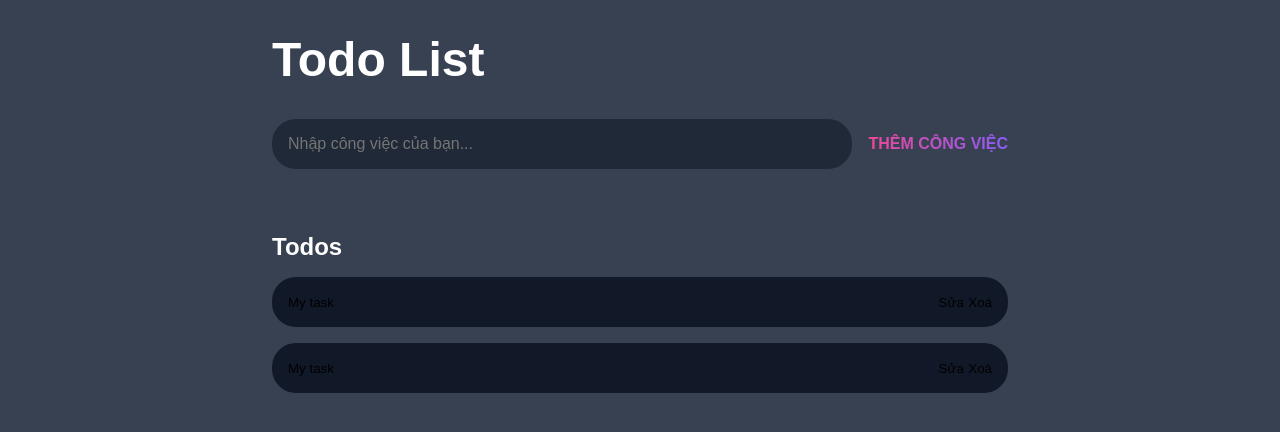
Repository: ntheanh/Todo-List
Page: index.html
An editor plug-in stored every save of this project. The page is shown before and after the next save, followed by the edit.
The browser window is 1280 px wide. The pictures show the whole page.
The style sheet was rebuilt from its Sass, Less or Tailwind sources for each picture, by a compiler version that may differ from the author's.

Above is the page before, as saved 2023-03-15 23:01:10.

After the next save:
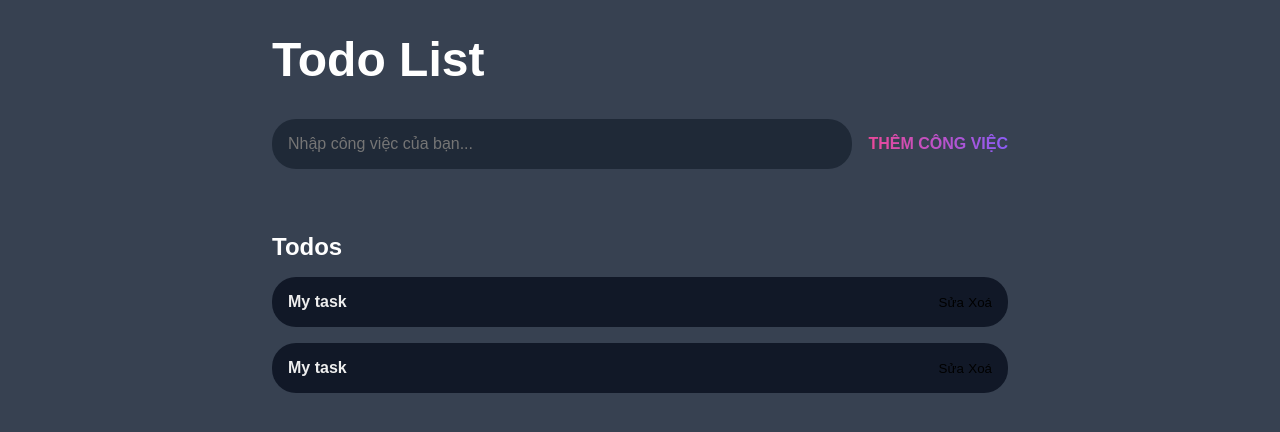
Saved 8 s later.
--- a/style.scss
+++ b/style.scss
@@ -91,7 +91,7 @@ main {
       padding: 1rem;
       border-radius: 1.5rem;
       margin-bottom: 1rem;
-      .content .content_text {
+      .content .content_input {
         color: var(--light);
         font-size: 1rem;
         font-weight: 600;
